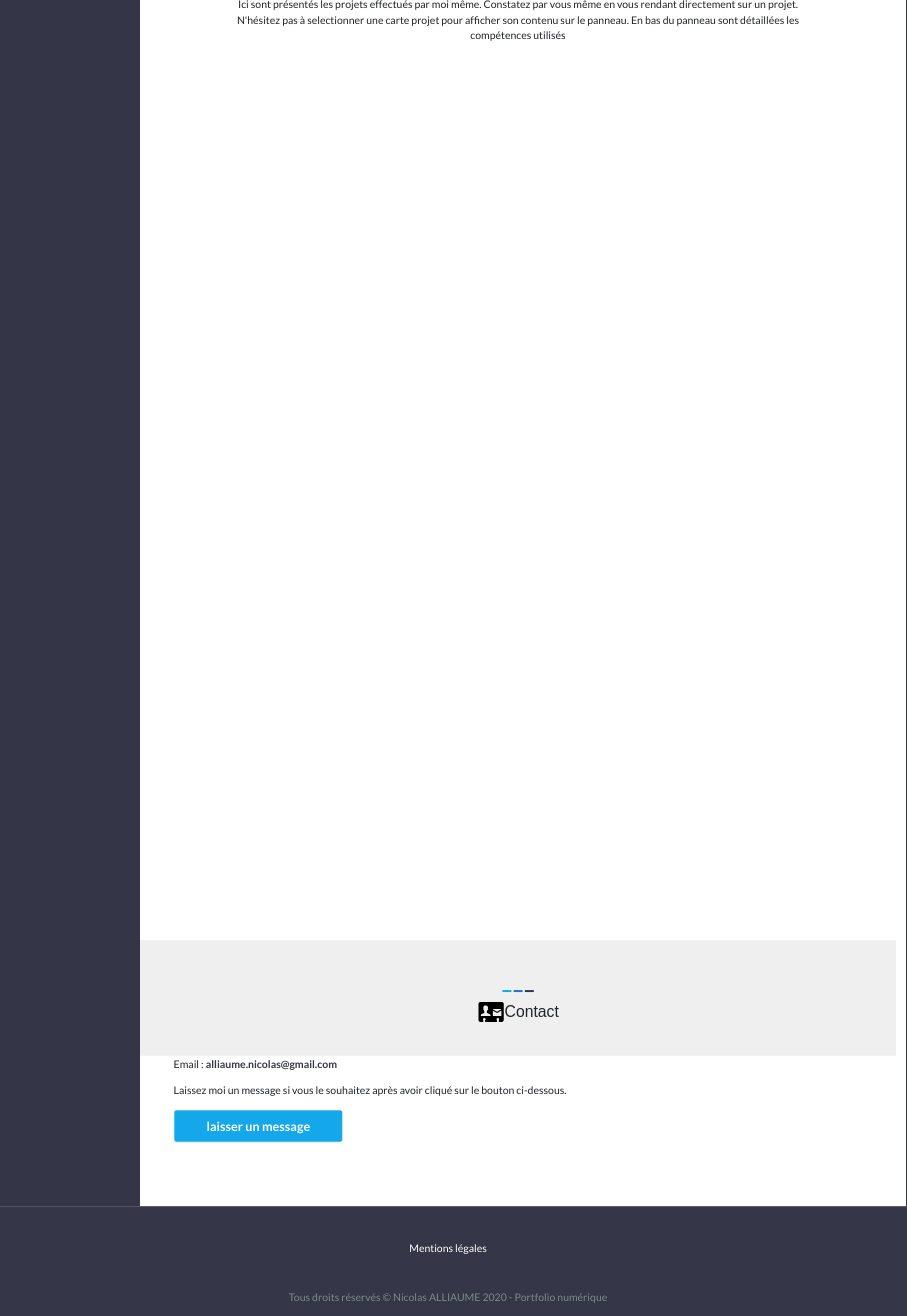
Repository: Nicolas-al/alliaumen
Page: templates/main/index.html.twig
These files come from the project's save history. The page is drawn as it stood at one moment and after the next save; the edit follows.
The browser window is 1280 px wide. The page is 1295 px wide, so the pictures cover 1295 px, including what lies to the right of the window. The pictures show the part of the page from y = 1183 to 3063 px (the page is 3063 px tall), at 70% of full size.
Some web fonts or font styles are not loaded; a fallback is used. Some web libraries are served in a nearby version. The page is a Twig template of a Symfony application; nobody is signed in and links lead nowhere. Other server files are loaded and not shown. The template is opened directly, without the code that normally fills it, so the values that code supplies are empty.

Above is the page before, as saved 2020-10-12 03:16:05.
Console error: TypeError: e.indexOf is not a function

### templates/main/index.html.twig
{% extends 'base.html.twig' %}


{% block body %}
    <div class="wrapper">
        <nav id="sidebar">
        {% include 'main/aside.html.twig' %}
        </nav>
        <div id="all-content">
            <div id="visible-content">
                <div class="col-lg-12 mt-5" id="header">
                        <div class="row">
                            <div class="col-lg-3 col-sm-3 offset-md-1" id="block_photo">
                                <img src="{{ asset('images/29273464-photo-de-profil-avatar.jpg') }}" alt="image de profil" style="width : inherit">
                            </div>
                            <div class="col-lg-8 col-sm-8" id="block_profil">
                                <div class="text-center d-flex" id="profil">
                                    <div class="block-down">
                                        <i class="fas fa-angle-double-down double-down"></i>
                                    </div>
                                    <div class="from-center">Mon profil</div>
                                </div>
                                <ul class="list-group list-group-flush" id="profil_panel">
                                    <li class="list-group-item">Diplôme : Master Sociologie Rennes 2</li>
                                    <li class="list-group-item list-group-item-secondary">Age : 29</li>
                                    <li class="list-group-item">Formation Web : Openclassroom</li>
                                    <li class="list-group-item list-group-item-secondary">Intitulé : Developpeur Web Junior</li>
                                    <li class="list-group-item">Parcours : Virage à 180, non pas par dégoût bien au contraire, j'ai acquis des connaisances importantes. J'ai découvert ce domaine et voyez la suite de ce site par vous même. </li>
                                </ul>
                            </div>
                        </div>
                </div>
                <div id="block_competences">
                        <div class="block_title">
                            <div class="title_elmt">
                                <div class="minus_block">
                                    <i class="fas fa-minus minus_one"></i>
                                    <i class="fas fa-minus minus_two"></i>
                                    <i class="fas fa-minus minus_three"></i>
                                </div>
                                <div class="title">
                                    <img src="{{ asset('images/icons/icon-skills.png') }}" alt="icon d'une tête d'humain" class="" />
                                    <h4>Compétences</h4>
                                </div>
                            </div>
                        </div>

                        <div id="skills">
                            <div class="h-50" id="front">
                                <div class="skills col-lg-12">
                                    <div class="row h-100">
                                        <div class="col-lg-12 d-flex mt-2 justify-content-center skills-title">
                                            <i class="fas fa-code"></i>
                                            <p class="align-title"><strong>Frontend</strong></p>
                                        </div>
                                        <div class="col-lg-12 mt-2" id="text_black">
                                            <div class="row text-center">
                                            {% for skill in skills %}
                                                {% if skill.type == "Frontend" %}
                                                    <div class="col-lg-4 col-sm-4 logo-skills">
                                                    {% if skill.logo %}
                                                        <img src="{{ vich_uploader_asset( skill, 'logoFile') | imagine_filter('small_thumb')}}" alt="">
                                                    {% endif %}
                                                        <p> {{ skill.name }} </p>
                                                    </div>
                                                {% endif %}
                                            {% endfor %}
                                            </div>
                                        </div>
                                    </div>
                                </div>
                            </div>
                            <div class="h-50" id="back">
                                <div class="skills col-lg-12">
                                    <div class="row h-100">
                                        <div class="col-lg-12 d-flex justify-content-center mt-2 skills-title">
                                            <i class="fas fa-database text-white"></i>
                                            <p class="align-title text-white"><strong>Backend</strong></p>
                                        </div>
                                        <div class="col-lg-12 mt-2 text-white" id="text_white">
                                            <div class="row text-center">
                                                {% for skill in skills %}
                                                    {% if skill.type == "Backend" %}
                                                        <div class="col-lg-4 col-sm-4 logo-skills" >
                                                        {% if skill.logo %}
                                                            <img src="{{ vich_uploader_asset( skill, 'logoFile') | imagine_filter('small_thumb')}}" alt="">
                                                        {% endif %}
                                                            <p> {{ skill.name }} </p>
                                                        </div>
                                                    {% endif %}
                                                {% endfor %}
                                            </div>
                                        </div>
                                    </div>
                                </div>
                            </div>
                        </div>
                </div>
                <div class="mt-5" id="block_portfolio">

                    <div class="col-lg-12 block_title mb-3">
                        <div class="title_elmt">
                            <div class="minus_block">
                                <i class="fas fa-minus minus_one"></i>
                                <i class="fas fa-minus minus_two"></i>
                                <i class="fas fa-minus minus_three"></i>
                            </div>
                            <div class="title">
                                <img src="{{ asset('images/icons/icon-portfolio.png') }}" alt="lampe qui éclair" class="" />
                                <h4>Portfolio</h4>
                            </div>
                        </div>
                    </div>
                    <div class="offset-lg-1 col-lg-10 offset-sm-1 col-sm-10" id="para_portfolio">
                        <p> Ici sont présentés les projets effectués par moi même. Constatez par vous même en vous rendant directement sur un projet. N'hésitez pas à selectionner une carte projet pour afficher son contenu sur le panneau. En bas du panneau sont détaillées les compétences utilisés</p>
                    </div>
                    <div class="d-flex m-auto block_slides">

                        {% for project in portfolio %}

                        <div class="panel_project">
                            <div class="description_project">
                                <div class="">
                                    <div class="col-lg-12">
                                        <h4>{{ project.title }}</h4>
                                    </div>
                                    <div class="col-lg-12">
                                        <p> {{ project.description }}</p>
                                    </div>
                                </div>
                            </div>
                            <div class="project">
                                <img src="{{ vich_uploader_asset(project, 'imageFile') | imagine_filter('slider_thumb')}}" alt="image projet">
                            </div>
                            <div class="skills_project">
                                <div class="row">
                                    <div class="col-lg-12">
                                        <p> <span>Compétences utilisées :</span> {{ project.skills }}</p>
                                    </div>
                                </div>
                            </div>
                            <div class="project_link">
                                    <a href="{{ path('portfolio', {'id' : project.id})  }}" class="text-white"> voir la page projet </a>
                            </div>
                        </div>

                        {% endfor %}
                    </div>

                    <div class="col-lg-12" id="block_project_card">
                        <div class="row" id="projects_cards">

                            {% for project in portfolio %}

                            <div class="project_card">
                                <div class="project_content">
                                    <h6> {{ project.title }} </h6>
                                    <img src="{{ vich_uploader_asset( project, 'imageFile') | imagine_filter('medium_thumb')}}" alt="">
                                    <p> {{ project.description }} </p>
                                    <p> {{ project.skills }} </p>
                                </div>
                            </div>

                            {% endfor %}

                        </div>
                    </div>
                </div>
                <div id="block_contact">
                    <div class="col-lg-12 block_title">
                        <div class="title_elmt">
                            <div class="minus_block">
                                <i class="fas fa-minus minus_one"></i>
                                <i class="fas fa-minus minus_two"></i>
                                <i class="fas fa-minus minus_three"></i>
                            </div>
                            <div class="title">
                                <img src="{{ asset('images/icons/icon-contact-de-messagerie.png') }}" alt="icon d'une tête d'humain" class="" />
                                <h4>Contact</h4>
                            </div>
                        </div>
                    </div>
                    <div class="col-lg-12 pl-5">

                        <address>
                            <p class="d-inline"> Email : </p>
                            <a href="mailto:alliaume.nicolas@gmail.com">alliaume.nicolas@gmail.com</a><br>
                        </address>
                    </div>
                    <p class="col-lg-12 pl-5">
                        Laissez moi un message si vous le souhaitez après avoir cliqué sur le bouton ci-dessous.
                    </p>
                    <div class="col-lg-12 pl-5">
                        <button class="button" id="form_button">
                            <a href="#contact_form" id="form_link" class="font-weight-bold text-white">
                            laisser un message</a>
                        </button>
                    </div>

                </div>


            </div>

            {% include 'contact/index.html.twig' %}

        </div>
    </div>
    <div>
       {% include 'main/footer.html.twig' %}
    </div>
{% endblock %}


{% block footer %}

{% endblock %}

### templates/base.html.twig
<!DOCTYPE html>
<html>
    <head>
        <lang="fr">
        <meta charset="UTF-8">
        <meta name="viewport" content="width=device-width, initial-scale=1">
        <!-- Open Graph data -->
        <meta name="description" content="Portfolio developpeur Web"/>
        <link rel="canonical" href="http://alliaumen.com/" />
        <meta property="og:locale" content="fr_FR" />
        <meta property="og:type" content="website" />
        <meta property="og:title" content="Portfolio Nicolas-A" />
        <meta property="og:description" content="Portfolio présentant l'ensemble de mes compétences ainsi que les projets effectués dans le Developpement Web" />
        <meta property="og:url" content="http://alliaumen.com/" />
        <meta property="og:site_name" content="Portfolio Nicolas-A" />

        <!-- Twitter cards -->

        <meta name="twitter:card" content="summary_large_image" />
        <meta name="twitter:description" content="Portfolio présentant l'ensemble de mes compétences ainsi que les projets effectués dans le Developpement Web" />
        <meta name="twitter:title" content="Portfolio Nicolas-A | Compétences et projets personnel dans le developpement web" />
        <meta name="twitter:site" content="@PortfolioNA" />
        <meta name="twitter:image" content="https://blog.octopulse.io/wp-content/uploads/2019/05/logo-seul-couleur@2x-e1556899421228.png" />

        <title>{% block title %}Projet5!{% endblock %}</title>
        {% block stylesheets %}
        <link type="text/css" rel="stylesheet" href="{{ asset('/css/style.css') }}" />
        <link type="text/css" rel="stylesheet" href="{{ asset('/css/project.css') }}" />
        <link rel="stylesheet" href="https://bootswatch.com/4/flatly/bootstrap.min.css">
        <link rel="stylesheet" href="https://cdnjs.cloudflare.com/ajax/libs/font-awesome/5.9.0/css/all.css">
        <link href="https://fonts.googleapis.com/css2?family=Oswald&family=Philosopher&family=Roboto&family=Crete+Round&family=Dosis:wght@600&family=Merienda:wght@700&display=swap" rel="stylesheet">
        <script src="https://code.jquery.com/jquery-3.5.1.min.js" integrity="sha256-9/aliU8dGd2tb6OSsuzixeV4y/faTqgFtohetphbbj0=" crossorigin="anonymous"></script>
        <script src="{{ asset('js/accueil/profil.js') }}"></script>
        <script src="{{ asset('js/accueil/skills.js') }}"></script>
        <script src="{{ asset('js/accueil/slider.js') }}"></script>
        <script src="{{ asset('js/accueil/contact.js') }}"></script>

        {% endblock %}
    </head>
    <body>

            {# {% block aside %}{% endblock %} #}
            {% block body %}{% endblock %}
            {% block javascripts %}{% endblock %}
            <footer>
            {% block footer %}{% endblock %}
            </footer>
            <script src="{{ asset('js/portfolio/deleteCom.js') }}"></script>
            <script src="{{ asset('js/portfolio/banIp.js') }}"></script>
    </body>
</html>

### templates/main/aside.html.twig

    {% block sidebar %}
            <div class="sidebar-header">
                <h3 class="text-center">Nicolas Alliaume</h3>
                <h4 class="text-center">Dev Junior</h4>
            </div>
            <div class="navbar navbar-expand text-center">
                <ul class="nav" style="width: -webkit-fill-available">
                    <li class="nav-item active"><a href="/#" class="nav-link text-white">Accueil</a></li>
                    <li class="nav-item"><a href="/#block_competences" class="nav-link text-white">Compétences</a></li>
                    <li class="nav-item"><a href="/#block_portfolio" class="nav-link text-white">Portfolio</a></li>
                    <li class="nav-item"><a href="/#block_contact" class="nav-link text-white">Contatct</a></li>
                </ul>
            </div>
            <div class="block_network">
                <h6>RESEAUX SOCIAUX</h6>
                <div class="d-flex justify-content-center">
                    <img class="" src="{{ asset('images/icons/icon-twitter.png') }}" alt="icon de twitter">
                    <img src="{{ asset('images/icons/icon-linkedin.png') }}" alt="icon de linkedin">
                </div>
            </div>
    {% endblock %}

### templates/contact/index.html.twig

<div class="modal_contact">
    <div class="row" id="contact_form">
        <div class="col-lg-4 offset-lg-4 text-center">
            <h1>
            Contact
            </h1>
        </div>
    </div>
    <div class="container">
        <div class="row">
            <div class="col-lg-6 mx-auto" id="contact_block">
                    <div class="form-group">
                        <label for="name">Nom</label>
                        <input type="text" class="form-control" name="name" id="name">
                        <small id="emailHelp" class="form-text text-muted"></small>
                    </div>
                    <div class="form-group">
                        <label for="firstname">Prénom</label>
                        <input type="text" class="form-control" id="firstname">
                    </div>
                    <div class="form-group">
                        <label for="mail">Email</label>
                        <input type="mail" class="form-control" id="mail">
                    </div>
                    <div class="form-group">
                        <label for="message">Message</label>
                        <textarea type="textarea" class="form-control" rows="10" id="message"></textarea>
                    </div>

                    <a class="button font-weight-bold text-white" id="button_form" href="#contact_form">Envoyer</a>
                    <p id="errors_form"></p>
            </div>
        </div>
    </div>
</div>

### templates/main/footer.html.twig
  {% block footer %}
                <footer class="row">
                    <div class="col-lg-12 mb-5 mt-5 text-center">
                        <a href="{{ path("mentions") }}" class="text-white">Mentions légales</a>
                    </div>
                    <div class="col-lg-12 text-dark copyright">
                            <p class="text-center">Tous droits réservés © Nicolas ALLIAUME 2020 - Portfolio numérique</p>

                    </div>
                </footer>
{% endblock %}

### public/css/project.css
/* ------------ Project Page -------------- */

h1{
    text-align: center;
    margin: 4%;
}
.project_page p{
    font-size: 1.1em;
    margin: 4% 0%;
    text-align: center;
}
.content{
    width: 100%;
}
figure{
    text-align: center;
}
figure img{
    box-shadow: 2px 2px 13px;
    width: 100%;
}
figure .btn{
    background: #353648;
    margin-top: 20px;
}
figure a{
    color: white;
}
figcaption{
    margin-top: 10px;
}
#comment_block{
    margin-bottom: 30px;
}
#comments{
    margin-bottom: 9%;
    margin-top: 4%;
}
#comments .comment{
    margin-bottom: 30px;
    border: 1px gainsboro;
    box-shadow: 1px 1px 5px;
}
#author_comment{
background-color: #353648;
color :white
}
#content_comment{
background-color: #ffffff;
padding: 9px 10px;
}

Loaded but not shown: public/js/accueil/contact.js (57 lines, source omitted); public/js/accueil/slider.js (51 lines, source omitted); public/js/accueil/profil.js (27 lines, source omitted); public/js/portfolio/deleteCom.js (19 lines, source omitted); public/js/portfolio/banIp.js (17 lines, source omitted); public/css/style.css (570 lines, source omitted)

After the next save:
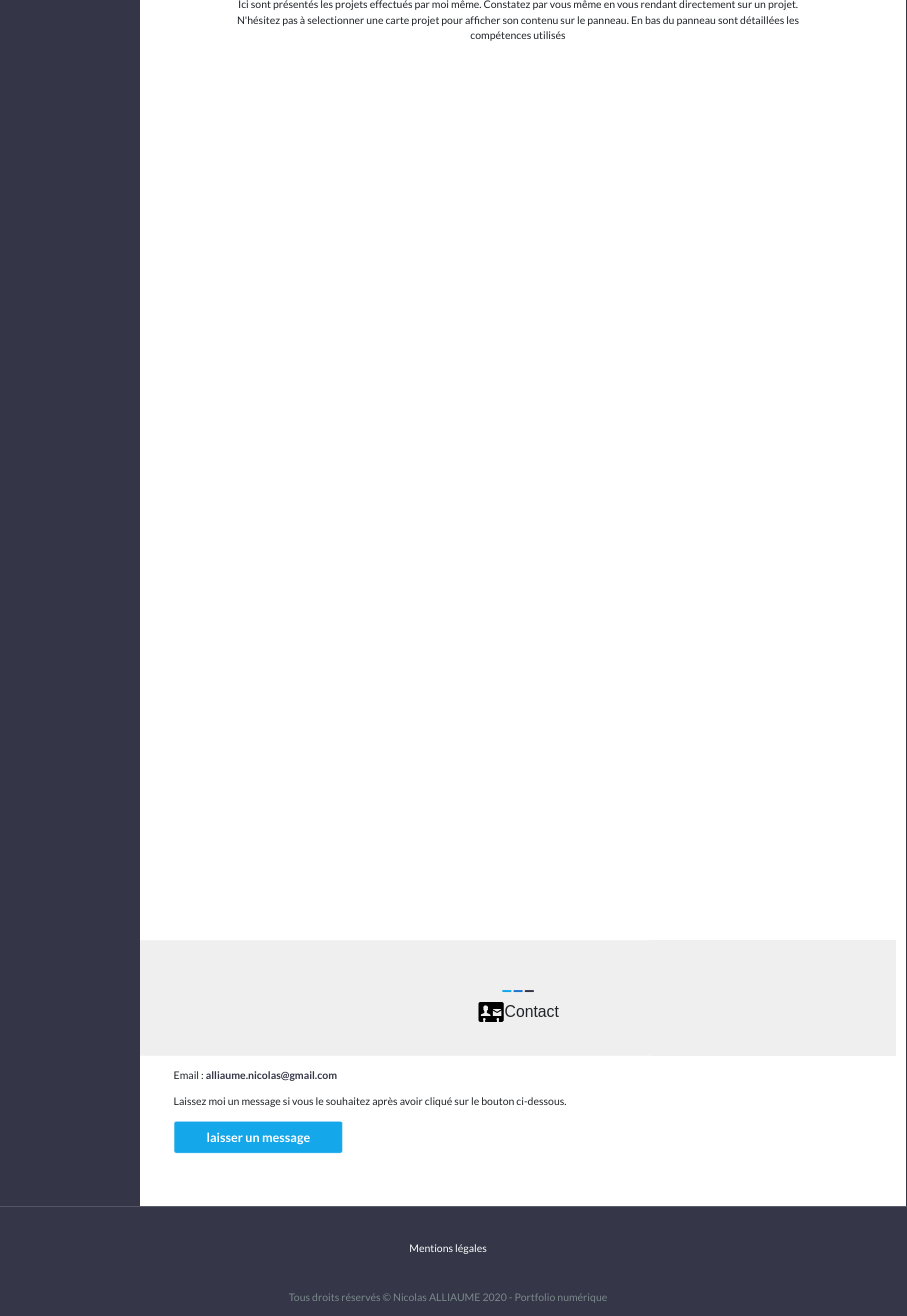
Saved 2 min 22 s later.
--- a/templates/main/index.html.twig
+++ b/templates/main/index.html.twig
@@ -180,7 +180,7 @@
                             </div>
                         </div>
                     </div>
-                    <div class="col-lg-12 pl-5">
+                    <div class="col-lg-12 pl-5 mt-3">
 
                         <address>
                             <p class="d-inline"> Email : </p>
